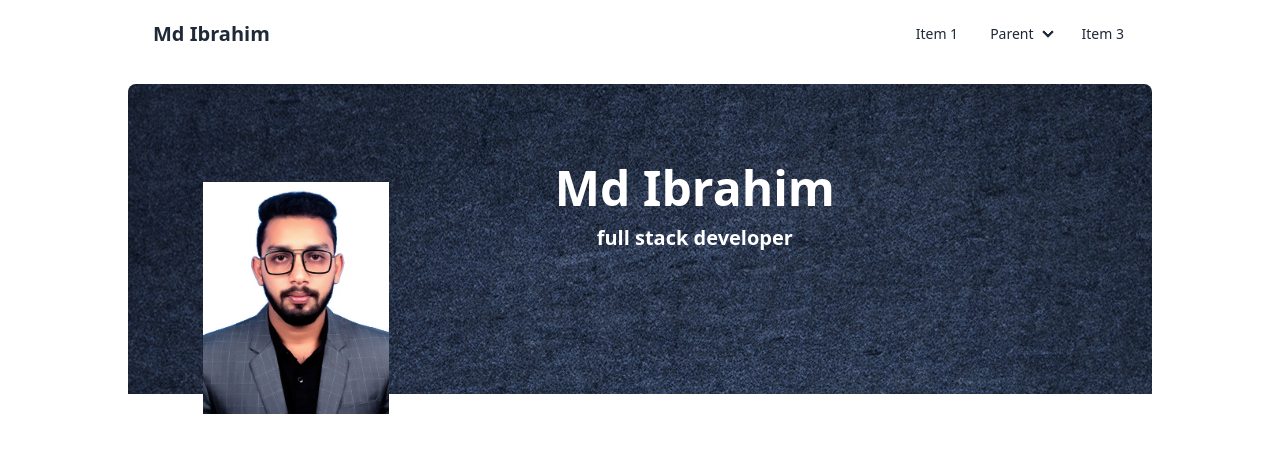
Repository: mdrubel02/portfilo
Page: /
The author's editor kept a copy of each file at every save. The page is drawn from the files as they stood at one save, then again after the next save.
The browser window is 1280 px wide. The pictures show the whole page.
The project was rebuilt for these pictures with package versions that can differ from the ones it lists, and the page was loaded fresh each time. Also part of the build but not shown: vite.config.js.

Above is the page before, as saved 2023-06-25 14:24:14.

After the next save:
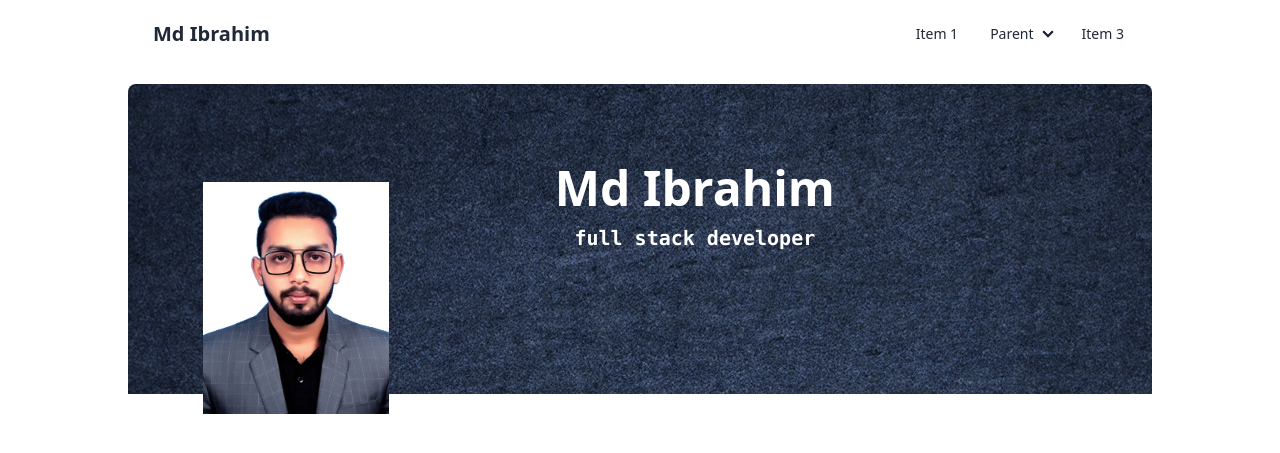
Saved 23 s later.
--- a/src/Pages/Home/Home.jsx
+++ b/src/Pages/Home/Home.jsx
@@ -16,7 +16,7 @@ const Home = () => {
                         <div className='lg:w-1/2 flex justify-start items-center '>
                             <div className='mt-20 w-auto'>
                                 <h3 className='text-5xl text-white font-extrabold font-sans tracking-normal'>Md Ibrahim</h3>
-                                <p className='text-center mt-3 text-xl text-white font-bold'>full stack developer</p>
+                                <p className='text-center mt-3 text-xl text-white font-bold font-mono'>full stack developer</p>
                             </div>
                         </div>
                     </div>
